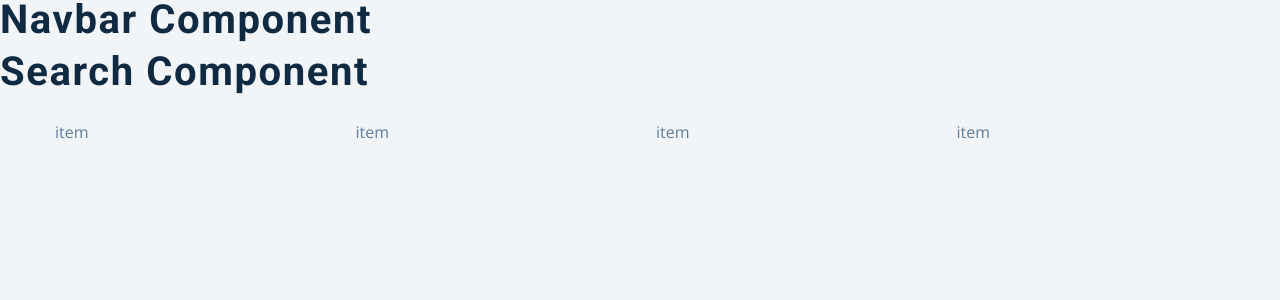
Repository: MateuszWorek/react-search-github-users
Page: /
The author's editor kept a copy of each file at every save. The page is drawn from the files as they stood at one save, then again after the next save.
The browser window is 1280 px wide. The pictures show the whole page.
The project was rebuilt for these pictures with package versions that can differ from the ones it lists, and the page was loaded fresh each time. Also part of the build but not shown: src/components/Charts/ExampleChart.js, src/components/Charts/Column3D.js, src/components/Charts/Bar3D.js, src/components/Charts/Pie3D.js, src/components/Charts/Doughnut2d.js, src/components/Charts/index.js, src/components/Repos.js, src/components/Card.js and 6 more.

Above is the page before, as saved 2021-01-26 19:00:59.

### src/App.js
import React from 'react';
import { Dashboard, Login, PrivateRoute, AuthWrapper, Error } from './pages';
import { BrowserRouter as Router, Switch, Route } from 'react-router-dom';

function App() {
  return (
    <Router>
      <Switch>
        <Route path="/" exact={ true }>
          <Dashboard></Dashboard>
        </Route>
        <Route path="/login">
          <Login></Login>
        </Route>
        <Route path="*">
          <Error></Error>
        </Route>
      </Switch>
    </Router>
  );
}

export default App;

### src/context/context.js
import React, { useState, useEffect } from 'react';
import mockUser from './mockData.js/mockUser';
import mockRepos from './mockData.js/mockRepos';
import mockFollowers from './mockData.js/mockFollowers';
import axios from 'axios';

const rootUrl = 'https://api.github.com';

const GithubContext = React.createContext();

// Provider, Consumer - GithubContext.Provider

const GithubProvider = ({ children }) => {
    const [githubUser, setGithubUser] = useState(mockUser);
    const [repos, setRepos] = useState(mockRepos);
    const [followers, setFollowers] = useState(mockFollowers);

    return <GithubContext.Provider value={{ githubUser, repos, followers }}>{ children }</GithubContext.Provider>
};
export { GithubProvider, GithubContext };

### src/context/mockData.js/mockUser.js
export default {
  login: 'john-smilga',
  id: 42133389,
  node_id: 'MDQ6VXNlcjQyMTMzMzg5',
  avatar_url: 'https://avatars3.githubusercontent.com/u/42133389?v=4',
  gravatar_id: '',
  url: 'https://api.github.com/users/john-smilga',
  html_url: 'https://github.com/john-smilga',
  followers_url: 'https://api.github.com/users/john-smilga/followers',
  following_url:
    'https://api.github.com/users/john-smilga/following{/other_user}',
  gists_url: 'https://api.github.com/users/john-smilga/gists{/gist_id}',
  starred_url:
    'https://api.github.com/users/john-smilga/starred{/owner}{/repo}',
  subscriptions_url: 'https://api.github.com/users/john-smilga/subscriptions',
  organizations_url: 'https://api.github.com/users/john-smilga/orgs',
  repos_url: 'https://api.github.com/users/john-smilga/repos',
  events_url: 'https://api.github.com/users/john-smilga/events{/privacy}',
  received_events_url:
    'https://api.github.com/users/john-smilga/received_events',
  type: 'User',
  site_admin: false,
  name: 'John Smilga',
  company: 'Coding Addict',
  blog: 'www.johnsmilga.com',
  location: 'Los Angeles',
  email: null,
  hireable: null,
  bio: 'Creator of Coding Addict',
  twitter_username: 'john_smilga',
  public_repos: 152,
  public_gists: 0,
  followers: 1495,
  following: 0,
  created_at: '2018-08-06T06:48:23Z',
  updated_at: '2020-07-08T05:01:32Z',
};

### src/pages/Dashboard.js
import React from 'react';
import { Info, Repos, User, Search, Navbar } from '../components';
import loadingImage from '../images/preloader.gif';
import { GithubContext } from '../context/context';
const Dashboard = () => {
  return (
    <main>
      <Navbar></Navbar>
      <Search></Search>
      <Info></Info>
    </main>
  );
};

export default Dashboard;

### src/components/Info.js
import React from 'react';
import { GithubContext } from '../context/context';
import styled from 'styled-components';
import { GoRepo, GoGist } from 'react-icons/go';
import { FiUser, FiUserPlus } from 'react-icons/fi';

const UserInfo = () => {
  const { githubUser } = React.useContext(GithubContext);
  const { public_repos, followers, following, public_gists} = githubUser;
  const items = [
    {
      id: 1,
      icon: <GoRepo className="icon" />,
      label: 'repos',
      value: public_repos,
      color: 'pink'
    },
    {
      id: 2,
      icon: <FiUser className="icon" />,
      label: 'followers',
      value: followers,
      color: 'green'
    },
    {
      id: 3,
      icon: <FiUserPlus className="icon" />,
      label: 'following',
      value: following,
      color: 'purple'
    },
    {
      id: 4,
      icon: <GoGist className="icon" />,
      label: 'gist',
      value: public_gists,
      color: 'yellow'
    },
  ];

  return (
    <section className="section">
      <Wrapper className="section-center">
        { items.map((item) => {
          return <p>item</p>
        }) }
      </Wrapper>
    </section>
  )
};

const item = ({ icon, label, value, color }) => {
  return (
    <article className="item">
      <span className={ color }>{ icon }</span>
      <div>
        <h3>{ value }</h3>
        <p>{ label }</p>
      </div>
    </article>
  )
};

const Wrapper = styled.section`
  display: grid;
  grid-template-columns: repeat(auto-fill, minmax(200px, 1fr));
  gap: 1rem 2rem;
  @media (min-width: 640px) {
    grid-template-columns: repeat(auto-fill, minmax(260px, 1fr));
  }
  .item {
    border-radius: var(--radius);
    padding: 1rem 2rem;
    background: var(--clr-white);
    display: grid;
    grid-template-columns: auto 1fr;
    column-gap: 3rem;
    align-items: center;
    span {
      width: 3rem;
      height: 3rem;
      display: grid;
      place-items: center;
      border-radius: 50%;
    }
    .icon {
      font-size: 1.5rem;
    }
    h3 {
      margin-bottom: 0;
      letter-spacing: 0;
    }
    p {
      margin-bottom: 0;
      text-transform: capitalize;
    }
    .pink {
      background: #ffe0f0;
      color: #da4a91;
    }
    .green {
      background: var(--clr-primary-10);
      color: var(--clr-primary-5);
    }
    .purple {
      background: #e6e6ff;
      color: #5d55fa;
    }
    .yellow {
      background: #fffbea;
      color: #f0b429;
    }
  }
`;

export default UserInfo;

### src/components/Search.js
import React from 'react';
import styled from 'styled-components';
import { MdSearch } from 'react-icons/md';
import { GithubContext } from '../context/context';
const Search = () => {
  return <h2>search component</h2>;
};

const Wrapper = styled.div`
  position: relative;
  display: grid;
  gap: 1rem 1.75rem;
  @media (min-width: 768px) {
    grid-template-columns: 1fr max-content;
    align-items: center;
    h3 {
      padding: 0 0.5rem;
    }
  }
  .form-control {
    background: var(--clr-white);
    display: grid;
    align-items: center;
    grid-template-columns: auto 1fr auto;
    column-gap: 0.5rem;
    border-radius: 5px;
    padding: 0.5rem;
    input {
      border-color: transparent;
      outline-color: var(--clr-grey-10);
      letter-spacing: var(--spacing);
      color: var(--clr-grey-3);
      padding: 0.25rem 0.5rem;
    }
    input::placeholder {
      color: var(--clr-grey-3);
      text-transform: capitalize;
      letter-spacing: var(--spacing);
    }
    button {
      border-radius: 5px;
      border-color: transparent;
      padding: 0.25rem 0.5rem;
      text-transform: capitalize;
      letter-spacing: var(--spacing);
      background: var(--clr-primary-5);
      color: var(--clr-white);
      transition: var(--transition);
      cursor: pointer;
      &:hover {
        background: var(--clr-primary-8);
        color: var(--clr-primary-1);
      }
    }

    svg {
      color: var(--clr-grey-5);
    }
    input,
    button,
    svg {
      font-size: 1.3rem;
    }
    @media (max-width: 800px) {
      button,
      input,
      svg {
        font-size: 0.85rem;
      }
    }
  }
  h3 {
    margin-bottom: 0;
    color: var(--clr-grey-5);
    font-weight: 400;
  }
`;
const ErrorWrapper = styled.article`
  position: absolute;
  width: 90vw;
  top: 0;
  left: 0;
  transform: translateY(-100%);
  text-transform: capitalize;
  p {
    color: red;
    letter-spacing: var(--spacing);
  }
`;
export default Search;

### src/components/Navbar.js
import React from 'react';
import styled from 'styled-components';
import { useAuth0 } from '@auth0/auth0-react';

const Navbar = () => {
  return <h2>navbar component</h2>;
};

const Wrapper = styled.nav`
  padding: 1.5rem;
  margin-bottom: 4rem;
  background: var(--clr-white);
  text-align: center;
  display: grid;
  grid-template-columns: auto auto 100px;
  justify-content: center;
  align-items: center;
  gap: 1.5rem;
  h4 {
    margin-bottom: 0;
    font-weight: 400;
  }
  img {
    width: 35px !important;
    height: 35px;
    border-radius: 50%;
    object-fit: cover;
  }
  button {
    background: transparent;
    border: transparent;
    font-size: 1.2rem;
    text-transform: capitalize;
    letter-spacing: var(--spacing);
    color: var(--clr-grey-5);
    cursor: pointer;
  }
`;

export default Navbar;

Loaded but not shown: public/index.html (common file); src/index.js (common file); src/index.css (common file); src/serviceWorker.js (common file); src/pages/index.js (common file); src/context/mockData.js/mockRepos.js (library); src/components/index.js (common file); src/context/mockData.js/mockFollowers.js (676 lines, source omitted)

After the next save:
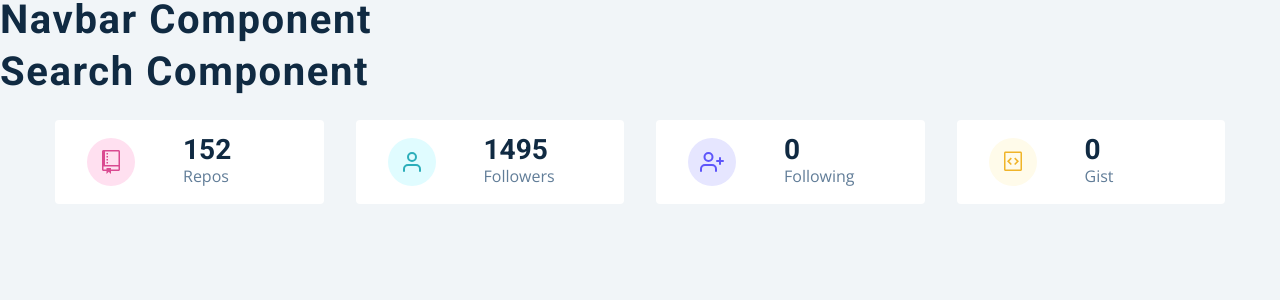
Saved 2 min 21 s later.
--- a/src/components/Info.js
+++ b/src/components/Info.js
@@ -42,14 +42,14 @@ const UserInfo = () => {
     <section className="section">
       <Wrapper className="section-center">
         { items.map((item) => {
-          return <p>item</p>
+          return <Item key={ item.id } { ...item }></Item>
         }) }
       </Wrapper>
     </section>
   )
 };
 
-const item = ({ icon, label, value, color }) => {
+const Item = ({ icon, label, value, color }) => {
   return (
     <article className="item">
       <span className={ color }>{ icon }</span>
